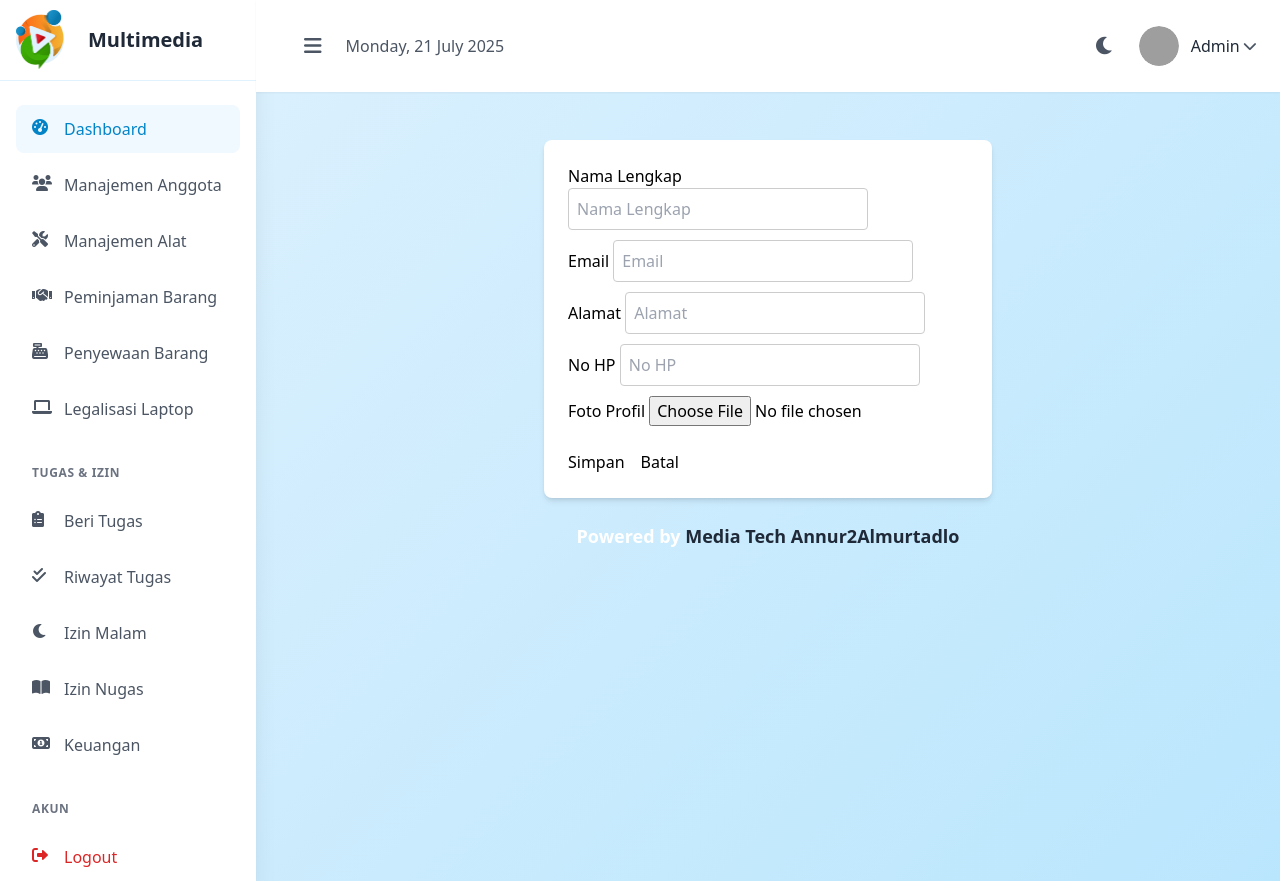
Repository: fatkquladhim/multimedia_app
Page: http://localhost/admin/profile/profile_create.php?action=create
The author's editor kept a copy of each file at every save. The page is drawn from the files as they stood at one save, then again after the next save.
The browser window is 1280 px wide. The pictures show the whole page.
Pictures or frames that could not be fetched are drawn as grey boxes. Some web libraries are served in a nearby version. The page is run by PHP 8.4 with error messages shown; the project is at /var/www/html/. The session is filled in as if someone had signed in: {"user_id": 2, "username": "asep", "role": "admin"}. The database holds what the project's SQL file puts in it.

Above is the page before, as saved 2025-07-21 21:52:52.
Console error: TypeError: Cannot read properties of null (reading 'value')

After the next save:
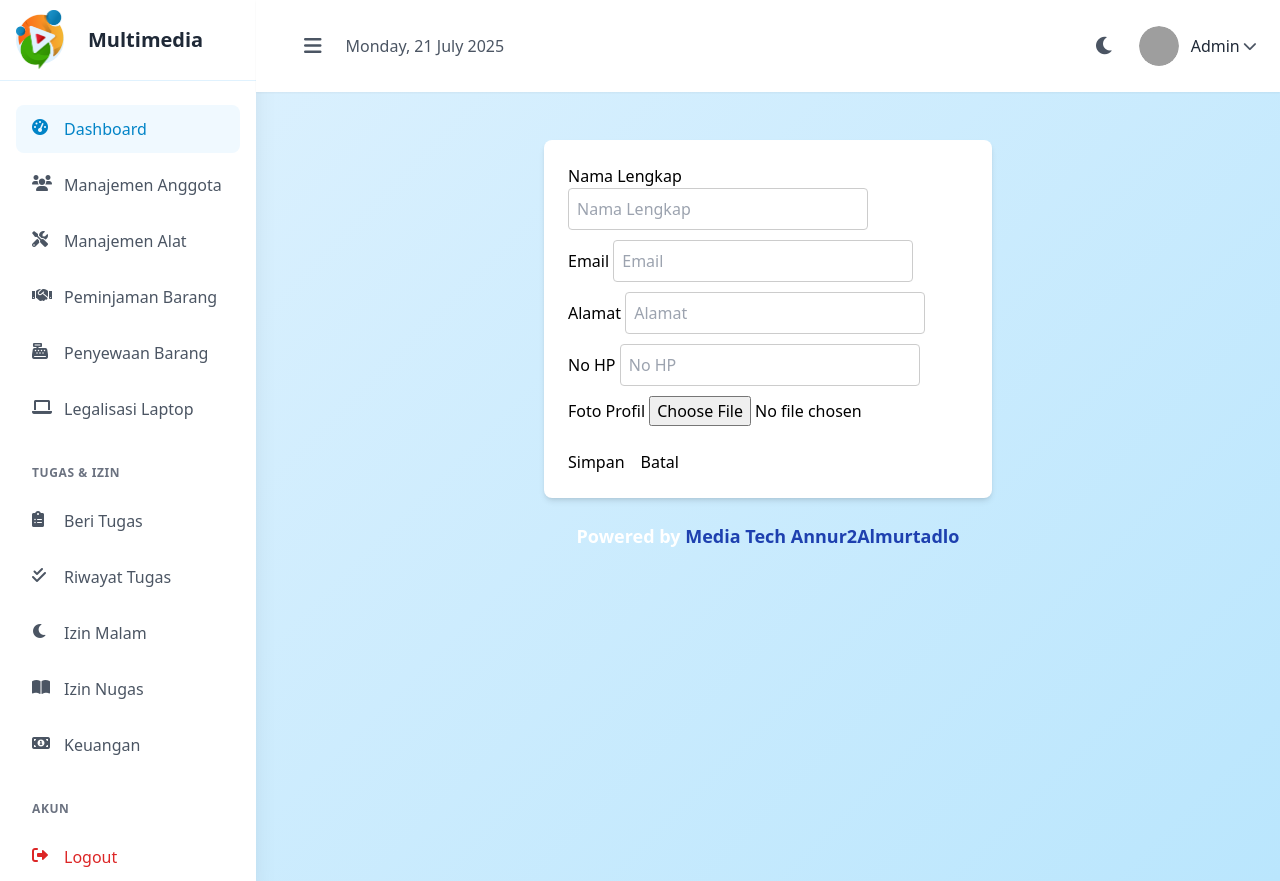
Saved 8 s later.
--- a/admin/footer.php
+++ b/admin/footer.php
@@ -2,7 +2,7 @@
                 </main>
                 <footer  class="flex justify-center">
                     <p class="text-white font-bold text-lg">
-                        Powered by <span class="text-gray-800">Media Tech Annur2Almurtadlo</span>
+                        Powered by <span class="text-blue-800">Media Tech Annur2Almurtadlo</span>
                     </p>
                 </footer>
             </div>
